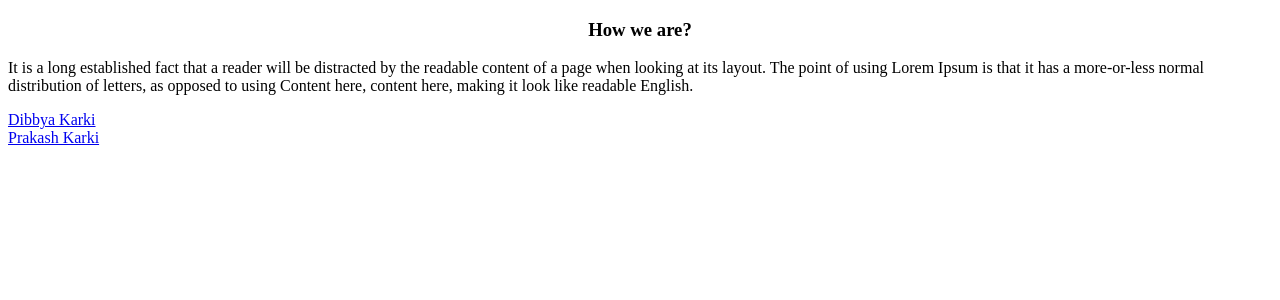
Repository: Dibbya65/Django-Basic
Page: http://localhost/about/
An editor plug-in stored every save of this project. The page is shown before and after the next save, followed by the edit.
The browser window is 1280 px wide. The pictures show the whole page.
The page is served by the project's application, run on Django 3.2 (manage.py).

Above is the page before, as saved 2021-11-14 03:05:03.

After the next save:
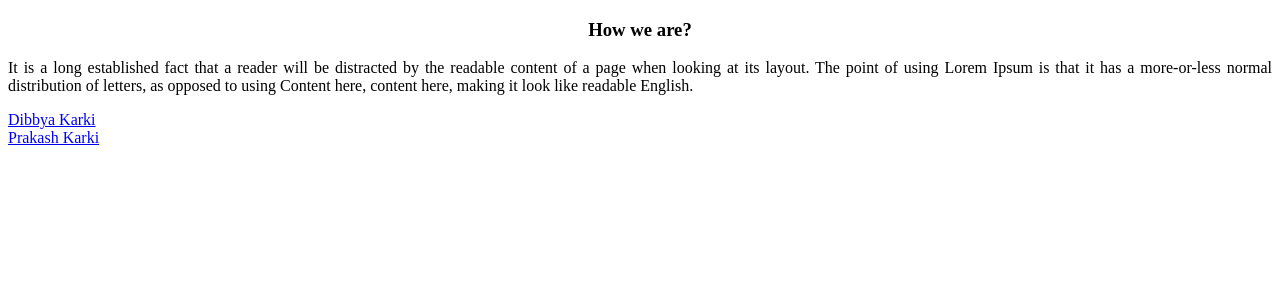
Saved 28 s later.
--- a/base/templates/base/about.html
+++ b/base/templates/base/about.html
@@ -4,7 +4,7 @@
 
 {% block content %}
 <h3 style="text-align:center">{{about_page_title}}</h3>
-<p>{{about_page_description}}</p>
+<p style="text-align:justify">{{about_page_description}}</p>
 {%if teams %}
 {%for team in teams %}
 
